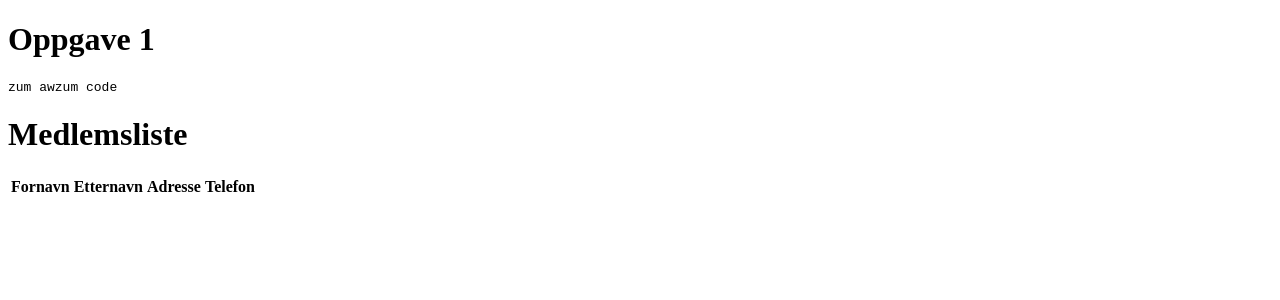
Repository: superdids/DAT152
Page: Oblig1/WebContent/oppgave01.html
The author's editor kept a copy of each file at every save. The page is drawn from the files as they stood at one save, then again after the next save.
The browser window is 1280 px wide. The pictures show the whole page.

Above is the page before, as saved 2015-09-06 15:02:45.

After the next save:
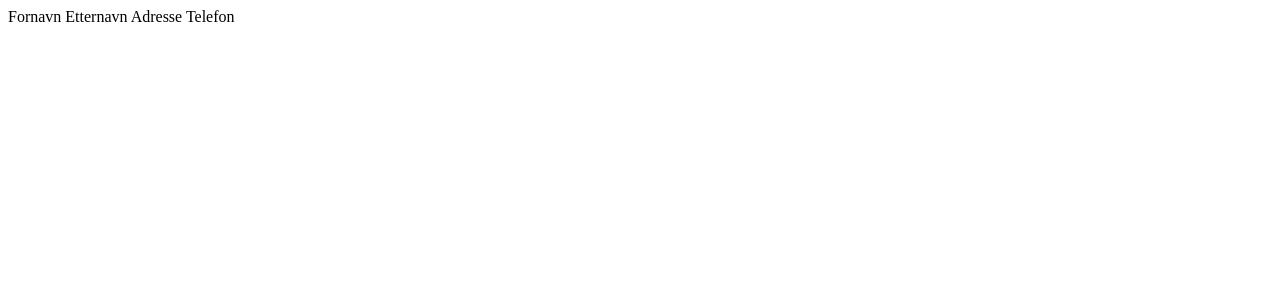
Saved 5 s later.
--- a/Oblig1/WebContent/oppgave01.html
+++ b/Oblig1/WebContent/oppgave01.html
@@ -1,7 +1,7 @@
 <!DOCTYPE html>
 <html>
 <head>
-<meta charset="ISO-8859-1">
+<meta charset="UTF-8>
 <title>Oppgave 1</title>
 </head>
 <body>

After the save that followed:
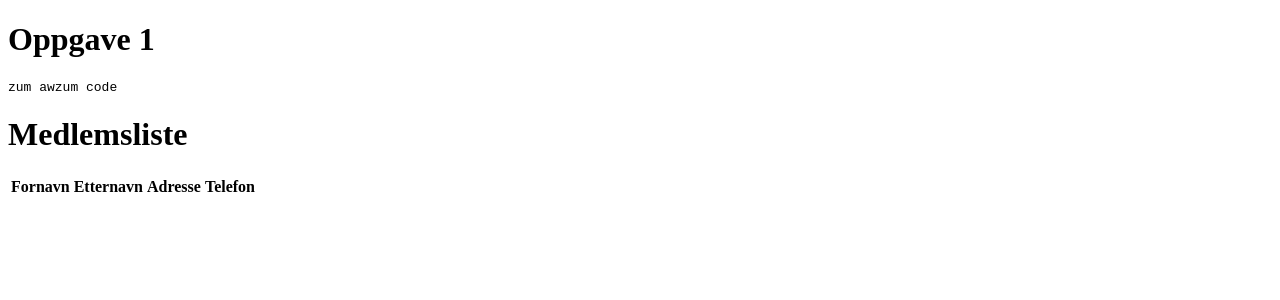
Saved 11 s later.
--- a/Oblig1/WebContent/oppgave01.html
+++ b/Oblig1/WebContent/oppgave01.html
@@ -1,7 +1,7 @@
 <!DOCTYPE html>
 <html>
 <head>
-<meta charset="UTF-8>
+<meta charset="UTF-8">
 <title>Oppgave 1</title>
 </head>
 <body>
